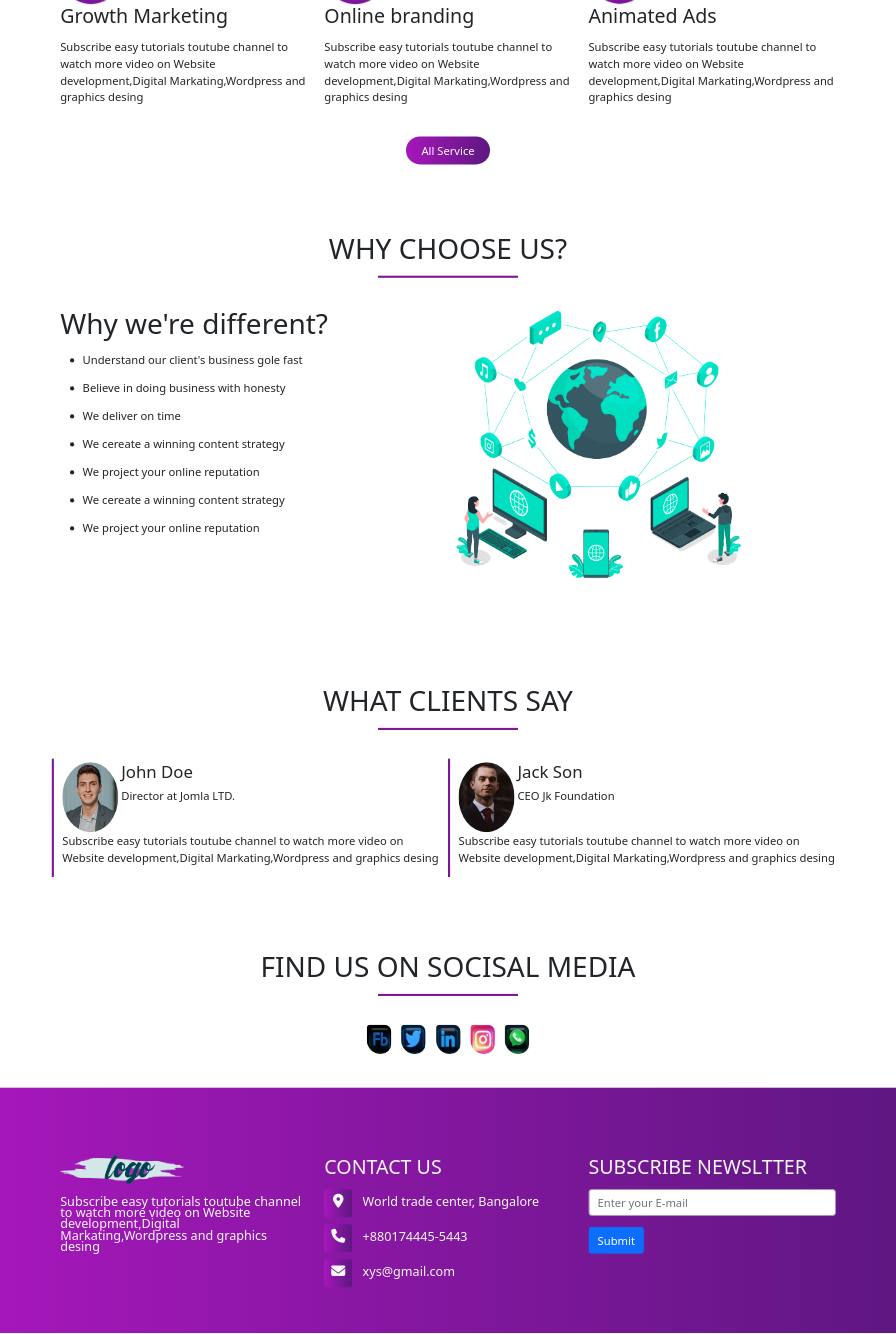
Repository: zjria/PSD-to-HTML-DIGITAL-AGENCY
Page: index.html
An editor plug-in stored every save of this project. The page is shown before and after the next save, followed by the edit.
The browser window is 1280 px wide. The pictures show the part of the page from y = 777 to 2697 px (the page is 2682 px tall before and 2697 px after), at 70% of full size.
Some web libraries are served in a nearby version.

Above is the page before, as saved 2022-05-11 23:35:08.

After the next save:
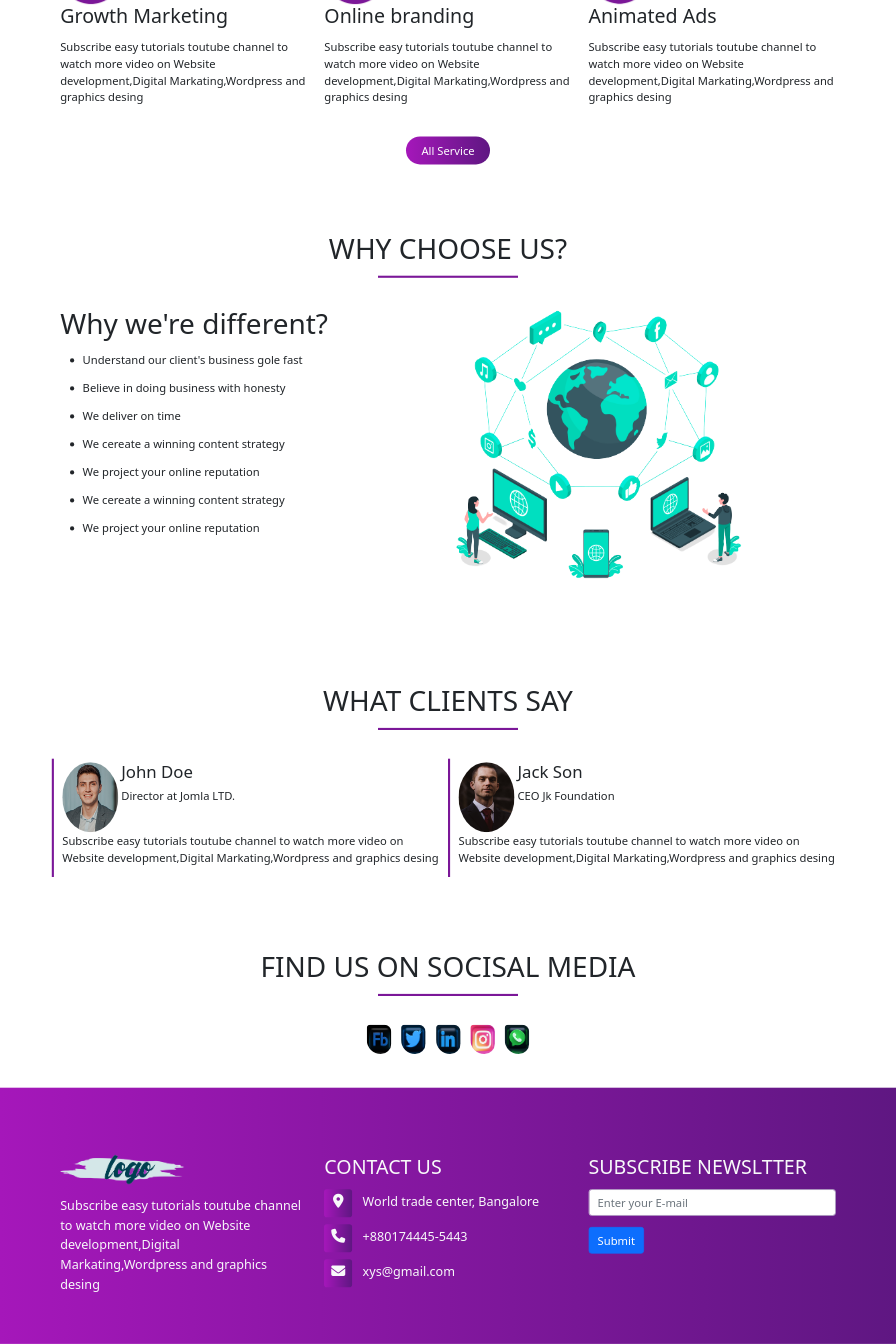
Saved 12 s later.
--- a/index.html
+++ b/index.html
@@ -181,7 +181,7 @@
         <div class="row mt-5">
           <div class="col-12 col-md-4 mb-2">
             <img src="img/h_logo.png" alt="" class="img-fluid w-50 mb-3">
-            <p style="font-size: 18px; line-height: 16px;">
+            <p style="font-size: 18px; line-height: 28px;">
               Subscribe easy tutorials toutube channel to watch more video on Website development,Digital Markating,Wordpress and graphics desing</p>
           </div>
           <div class="col-12 col-md-4 mb-2 contract-style">
